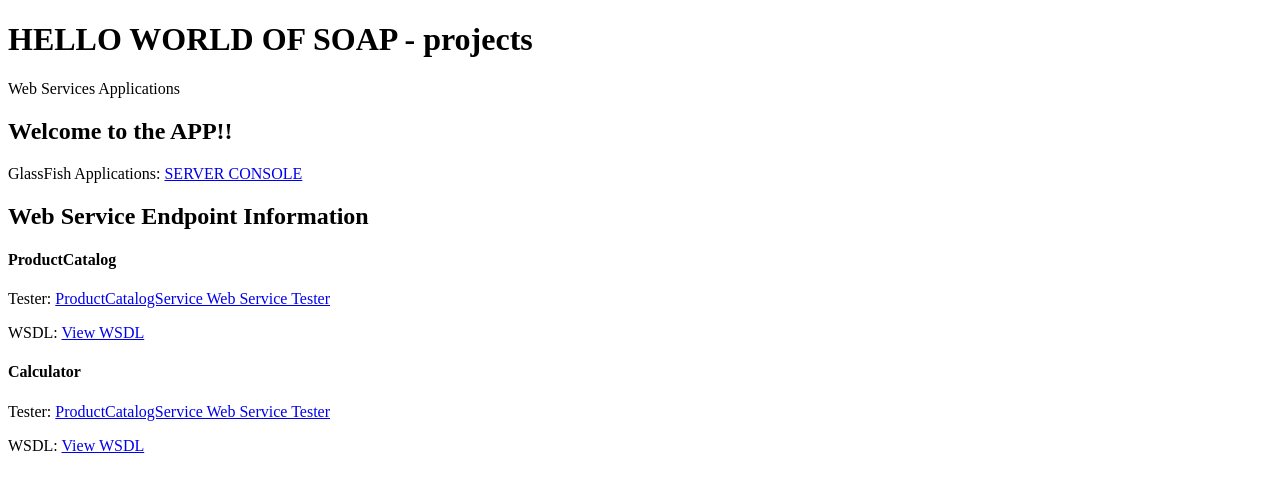
Repository: atafs/BackEnd_JAX-JAX-WS_SOAP
Page: http://localhost/Project_003_SOAP_server_ServiceAndContractFirst/
The author's editor kept a copy of each file at every save. The page is drawn from the files as they stood at one save, then again after the next save.
The browser window is 1280 px wide. The pictures show the whole page.
The page is served by Tomcat 9. Other server files are loaded and not shown.

Above is the page before, as saved 2016-01-26 11:50:47.

### Project_003_SOAP_server_ServiceAndContractFirst/WebContent/index.jsp
<%@ page language="java" contentType="text/html; charset=ISO-8859-1"
    pageEncoding="ISO-8859-1"%>
<!DOCTYPE html PUBLIC "-//W3C//DTD HTML 4.01 Transitional//EN" "http://www.w3.org/TR/html4/loose.dtd">
<html>

<!-- HEADER -->
<head>
<meta http-equiv="Content-Type" content="text/html; charset=ISO-8859-1">
<title>WEB SERVICES</title>
</head>

<!-- BODY -->
<body>
	<h1>HELLO WORLD OF SOAP - projects</h1>
	<p>Web Services Applications</p>

	<!-- LINKS -->
	<h2>Welcome to the APP!! </h2>
	<p>GlassFish Applications: <a href="http://localhost:4848/common/index.jsf">SERVER CONSOLE</a></p>

	<h2>Web Service Endpoint Information</h2>
	<h4>ProductCatalog</h4>
	<p>Tester: <a href="http://atafs:9090/Project_003_SOAP_server_ServiceAndContractFirst/ProductCatalogService?Tester">ProductCatalogService Web Service Tester</a></p>
	<p>WSDL: <a href="http://atafs:9090/Project_003_SOAP_server_ServiceAndContractFirst/ProductCatalogService?wsdl">View WSDL</a></p>

	<h4>Calculator</h4>
	<p>Tester: <a href="http://atafs:9090/Project_003_SOAP_server_ServiceAndContractFirst/CalculatorService?Tester">ProductCatalogService Web Service Tester</a></p>
	<p>WSDL: <a href="http://atafs:9090/Project_003_SOAP_server_ServiceAndContractFirst/CalculatorService?wsdl">View WSDL</a></p>
</body>
</html>

After the next save:
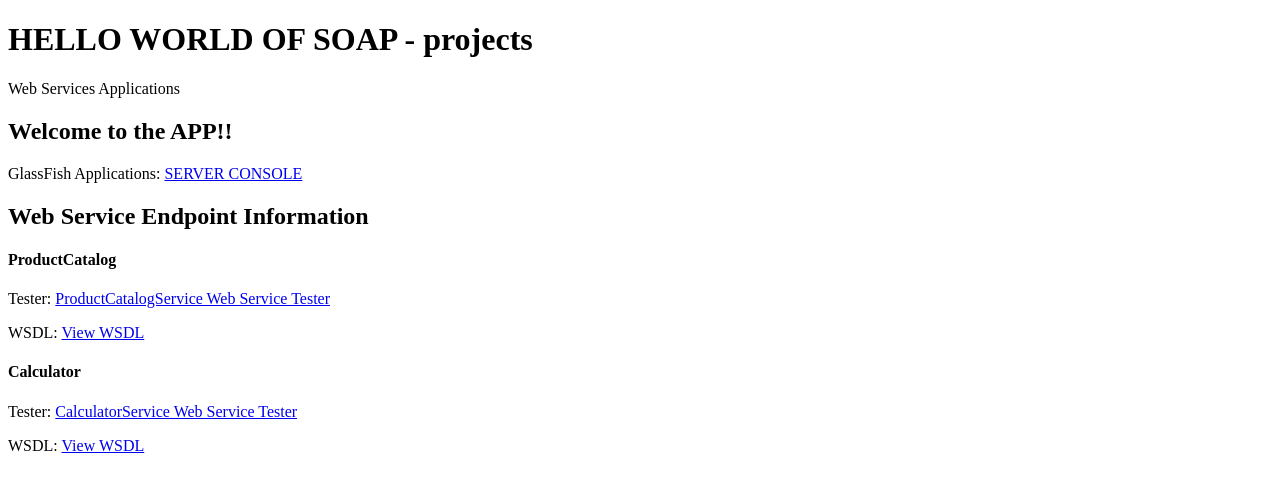
Saved 88 s later.
--- a/Project_003_SOAP_server_ServiceAndContractFirst/WebContent/index.jsp
+++ b/Project_003_SOAP_server_ServiceAndContractFirst/WebContent/index.jsp
@@ -24,7 +24,7 @@
 	<p>WSDL: <a href="http://atafs:9090/Project_003_SOAP_server_ServiceAndContractFirst/ProductCatalogService?wsdl">View WSDL</a></p>
 
 	<h4>Calculator</h4>
-	<p>Tester: <a href="http://atafs:9090/Project_003_SOAP_server_ServiceAndContractFirst/CalculatorService?Tester">ProductCatalogService Web Service Tester</a></p>
+	<p>Tester: <a href="http://atafs:9090/Project_003_SOAP_server_ServiceAndContractFirst/CalculatorService?Tester">CalculatorService Web Service Tester</a></p>
 	<p>WSDL: <a href="http://atafs:9090/Project_003_SOAP_server_ServiceAndContractFirst/CalculatorService?wsdl">View WSDL</a></p>
 </body>
 </html>
